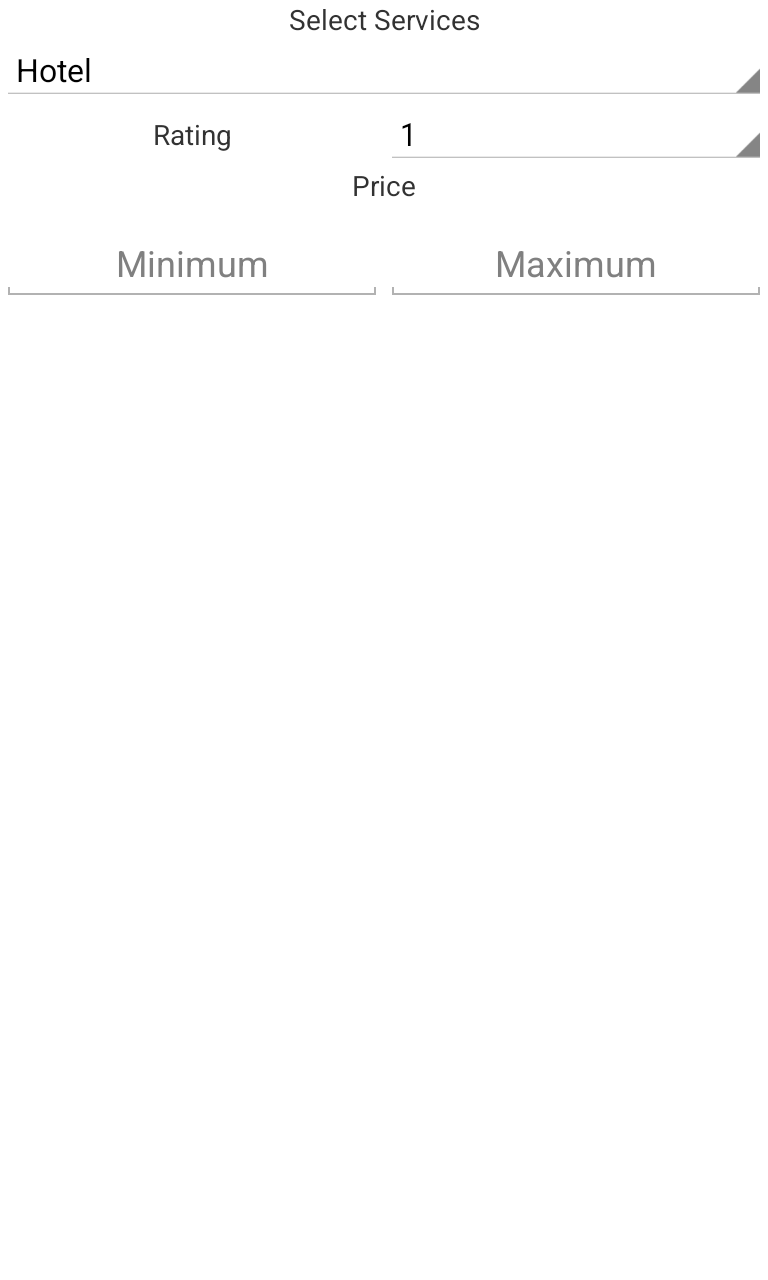
Repository: AungWinnHtut/projAndroid
Layout: com.engineer4myanmar.json.MainActivity/res/layout/activity_search.xml
These files come from the project's save history. The layout is drawn as it stood at one moment and after the next save; the edit follows.
It is drawn on a 768 x 1280 px phone screen (xhdpi) without system bars, with theme AppTheme; the app's code is not run.

Above is the layout before, as saved 2015-08-23 11:19:22.

### com.engineer4myanmar.json.MainActivity/res/layout/activity_search.xml
<LinearLayout xmlns:android="http://schemas.android.com/apk/res/android"
    xmlns:tools="http://schemas.android.com/tools"
    android:layout_width="match_parent"
    android:layout_height="match_parent"
    android:orientation="vertical" >

    <LinearLayout
        android:layout_width="match_parent"
        android:layout_height="wrap_content"
        android:orientation="vertical" >

        <TextView
            android:layout_width="match_parent"
            android:layout_height="wrap_content"
            android:layout_gravity="center"
            android:gravity="center"
            android:text="Select Services" />

        <Spinner
            android:id="@+id/spinner1"
            android:layout_width="match_parent"
            android:layout_height="wrap_content"
            android:entries="@array/services_arrays"
            android:prompt="@string/services_prompt" />
    </LinearLayout>

    <LinearLayout
        android:layout_width="match_parent"
        android:layout_height="wrap_content"
        android:orientation="horizontal" >

        <TextView
            android:layout_width="0dp"
            android:layout_height="wrap_content"
            android:layout_gravity="center"
            android:layout_weight="1"
            android:gravity="center"
            android:text="Rating" />

        <Spinner
            android:id="@+id/spinner1"
            android:layout_width="0dp"
            android:layout_height="wrap_content"
            android:layout_gravity="center"
            android:layout_weight="1"
            android:entries="@array/ratings_arrays"
            android:gravity="center"
            android:prompt="@string/rating_prompt" />
    </LinearLayout>

    <LinearLayout
        android:layout_width="match_parent"
        android:layout_height="wrap_content"
        android:orientation="horizontal" >

        <TextView
            android:layout_width="match_parent"
            android:layout_height="wrap_content"
            android:layout_gravity="center"
            android:gravity="center"
            android:text="Price" />
    </LinearLayout>

    <LinearLayout
        android:layout_width="match_parent"
        android:layout_height="wrap_content"
        android:layout_marginTop="10dp"
        android:orientation="horizontal" >

        <EditText
            android:layout_width="0dp"
            android:layout_height="wrap_content"
            android:layout_gravity="center"
            android:layout_weight="1"
            android:gravity="center"
            android:hint="Minimum" />
         <EditText
            android:layout_width="0dp"
            android:layout_height="wrap_content"
            android:layout_gravity="center"
            android:layout_weight="1"
            android:gravity="center"
            android:hint="Maximum" />

    </LinearLayout>

</LinearLayout>

### com.engineer4myanmar.json.MainActivity/res/values/strings.xml
<resources>

    <string name="app_name">ExcellentService</string>
    <string name="hello_world">Hello world!</string>
    <string name="menu_settings">Settings</string>
    <string name="title_activity_main">ExcellentService</string>
    <string name="title_activity_services_menu">ExcellentService</string>
    <string name="title_activity_register">ExcellentService</string>
    <string name="title_activity_welcome">WelcomeActivity</string>
    <string name="title_activity_search">SearchActivity</string>
    <string name="services_prompt">Hotel</string>
    <string name="rating_prompt">1</string>
    <string name="cuisine_prompt">Chinese</string>
    <string name="range_prompt">1 km</string>

    <string-array name="services_arrays">
        <item>Hotel</item>
        <item>Bank</item>
        <item>Restaurant</item>
        <item>Hospital</item>
    </string-array>
    <string-array name="ratings_arrays">
        <item>1</item>
        <item>2</item>
        <item>3</item>
        <item>4</item>
        <item>5</item>
    </string-array>
    <string-array name="cuisine_arrays">
        <item>Chinese</item>
        <item>Thai</item>
        <item>Burmese</item>
        <item>Japanese</item>
    </string-array>

      <string-array name="range_arrays">
        <item>1 km</item>
        <item>2 km</item>
        <item>3 km</item>
        <item>4 km</item>
        <item>5 km</item>
    </string-array>

</resources>

Loaded but not shown: com.engineer4myanmar.json.MainActivity/res/values-v11/styles.xml (common file); com.engineer4myanmar.json.MainActivity/res/values-v14/styles.xml (common file); com.engineer4myanmar.json.MainActivity/res/values/styles.xml (common file)

After the next save:
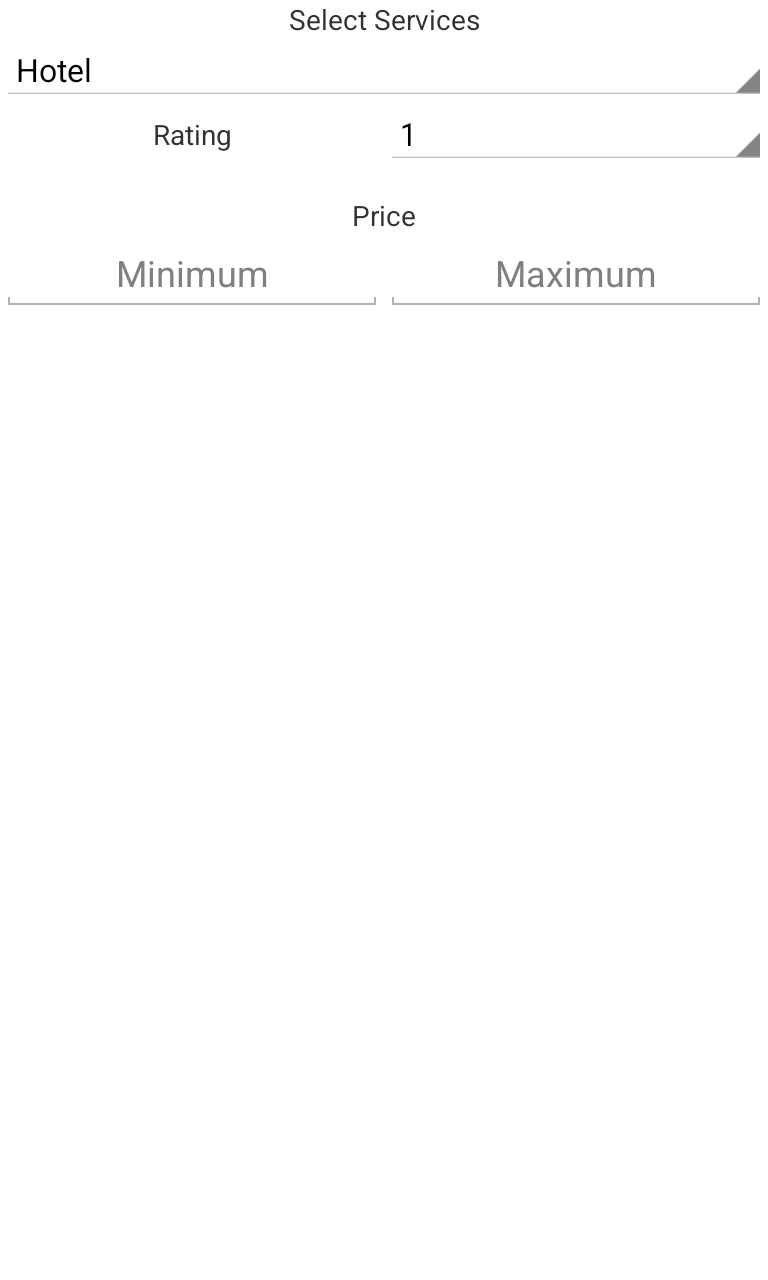
Saved 25 s later.
--- a/com.engineer4myanmar.json.MainActivity/res/layout/activity_search.xml
+++ b/com.engineer4myanmar.json.MainActivity/res/layout/activity_search.xml
@@ -51,6 +51,7 @@
     <LinearLayout
         android:layout_width="match_parent"
         android:layout_height="wrap_content"
+        android:layout_marginTop="15dp"
         android:orientation="horizontal" >
 
         <TextView
@@ -64,7 +65,6 @@
     <LinearLayout
         android:layout_width="match_parent"
         android:layout_height="wrap_content"
-        android:layout_marginTop="10dp"
         android:orientation="horizontal" >
 
         <EditText
